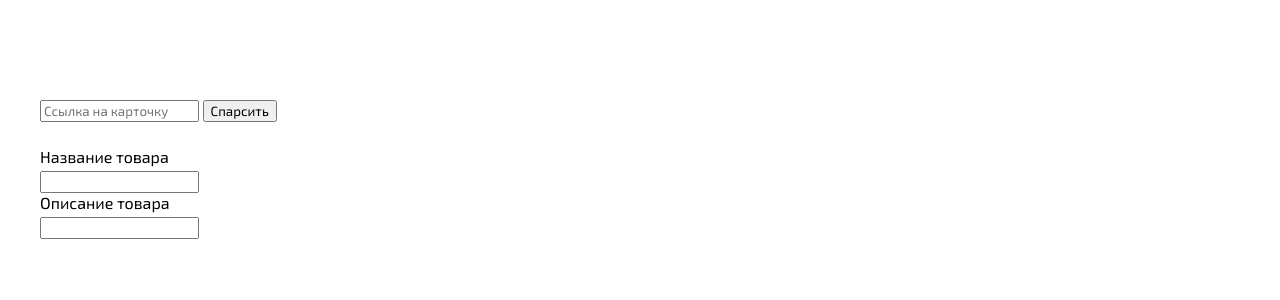
Repository: yozuul/wildberries-product-card-parser-api-exchange
Page: public/index.html
The author's editor kept a copy of each file at every save. The page is drawn from the files as they stood at one save, then again after the next save.
The browser window is 1280 px wide. The pictures show the whole page.

Above is the page before, as saved 2021-08-18 17:35:44.

After the next save:
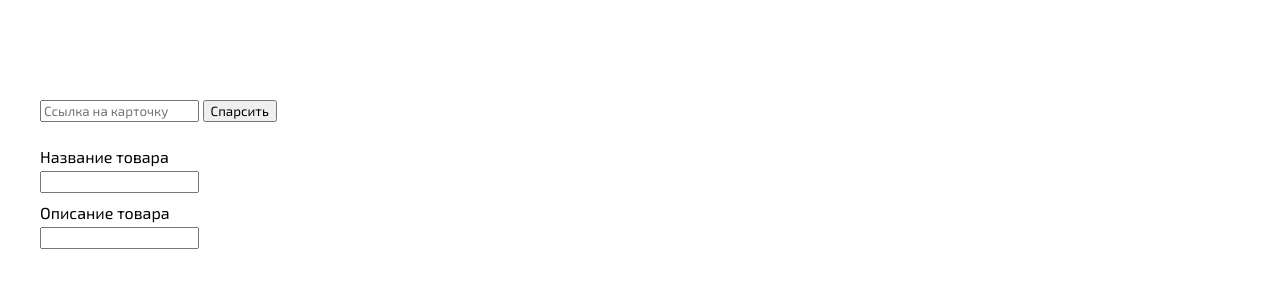
Saved 3 s later.
--- a/public/index.html
+++ b/public/index.html
@@ -17,10 +17,14 @@
       </div>
       <div class="productForm">
          <form name="productForm">
-            <p>Название товара</p>
-            <input type="text" id="productCardName">
-            <p>Описание товара</p>
-            <input type="text" id="productCardDesc">
+            <div class="inputWrapper">
+               <p>Название товара</p>
+               <input type="text" id="productCardName">
+            </div>
+            <div class="inputWrapper">
+               <p>Описание товара</p>
+               <input type="text" id="productCardDesc">
+            </div>
          </form>
       </div>
    </div>
